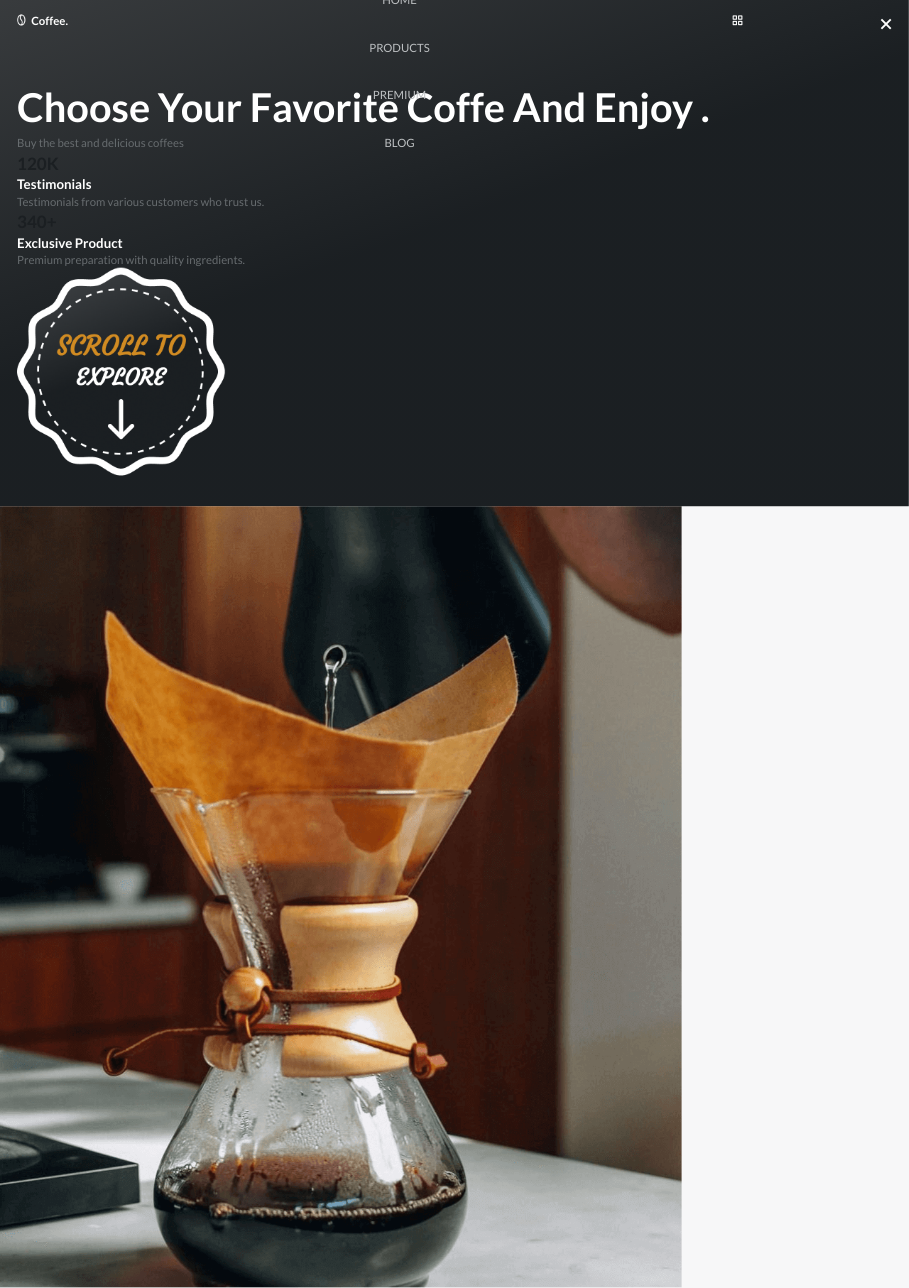
Repository: phong121020/coffee-responsive
Page: index.html
The author's editor kept a copy of each file at every save. The page is drawn from the files as they stood at one save, then again after the next save.
The browser window is 1280 px wide. The pictures show the whole page, at 71% of full size.

Above is the page before, as saved 2022-03-06 17:48:20.

After the next save:
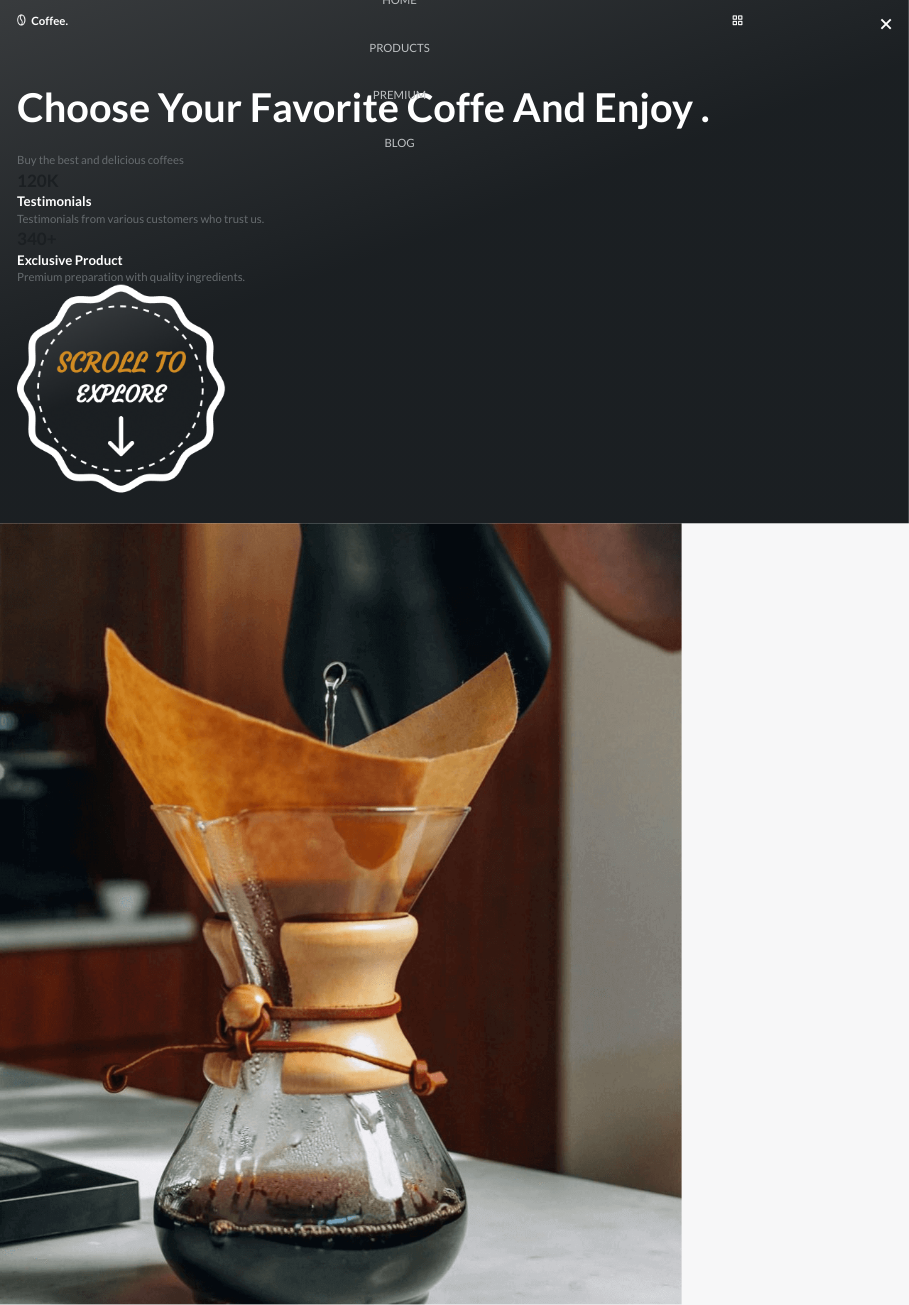
Saved 12 s later.
--- a/assets/css/style.css
+++ b/assets/css/style.css
@@ -224,4 +224,5 @@ button {
 }
 .home__title {
   font-size: var(--biggest-font-size);
-}
+  margin-bottom: 1.5rem;
+}
